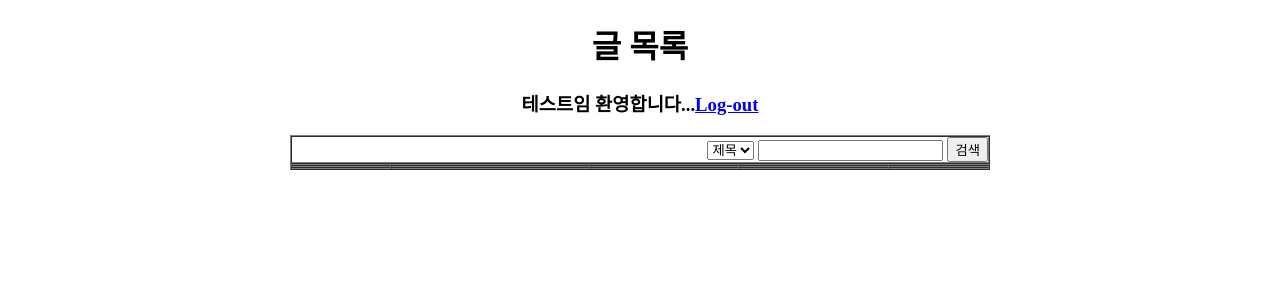
Repository: Dev-Aria/WebStudy
Page: http://localhost/BoardWeb/getBoardList.jsp
The author's editor kept a copy of each file at every save. The page is drawn from the files as they stood at one save, then again after a run of saves.
The browser window is 1280 px wide. The pictures show the whole page.
The page is served by Tomcat 9. Queries for data that is not in the repository find no rows.

Above is the page before, as saved 2018-05-02 18:35:44.

After the next 2 saves:
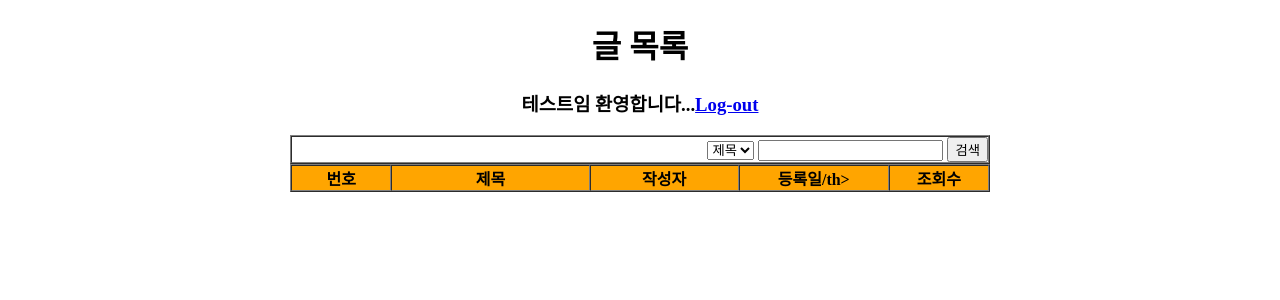
The 2 saves are shown as one change because 1 did not build or start.
The last was saved 100 s later.
--- a/workspace_sts/BoardWeb/src/main/webapp/getBoardList.jsp
+++ b/workspace_sts/BoardWeb/src/main/webapp/getBoardList.jsp
@@ -43,19 +43,14 @@
 
 <table border="1" cellpadding="0" cellspacing="0" width="700">
 <tr>
-	<th bgcolor="orange" width="100">
-	<spring:message code="message.board.list.table.head.seq"/></th>
-	<th bgcolor="orange" width="200">
-	<spring:message code="message.board.list.table.head.title"/></th>
-	<th bgcolor="orange" width="150">
-	<spring:message code="message.board.list.table.head.writer"/></th>
-	<th bgcolor="orange" width="150">
-	<spring:message code="message.board.list.table.head.regDate"/></th>
-	<th bgcolor="orange" width="100">
-	<spring:message code="message.board.list.table.head.cnt"/></th>
+	<th bgcolor="orange" width="100">번호</th>
+	<th bgcolor="orange" width="200">제목</th>
+	<th bgcolor="orange" width="150">작성자</th>
+	<th bgcolor="orange" width="150">등록일/th>
+	<th bgcolor="orange" width="100">조회수</th>
 </tr>
 
-<c:forEach items="${boardList }" var="board">
+<% for(BoardVO board : boardList) { %>
 <tr>
     <td>${board.seq }</td>
     <td align="left"><a href="getBoard.do?seq=${board.seq }">${board.title }</a></td>
@@ -63,7 +58,8 @@
     <td><fmt:formatDate value="${board.regDate}" pattern="yyyy-MM-dd"/></td>
     <td>${board.cnt }</td>
 </tr>
-</c:forEach>
+<% } %>
+
 
 </table>
 <br>
